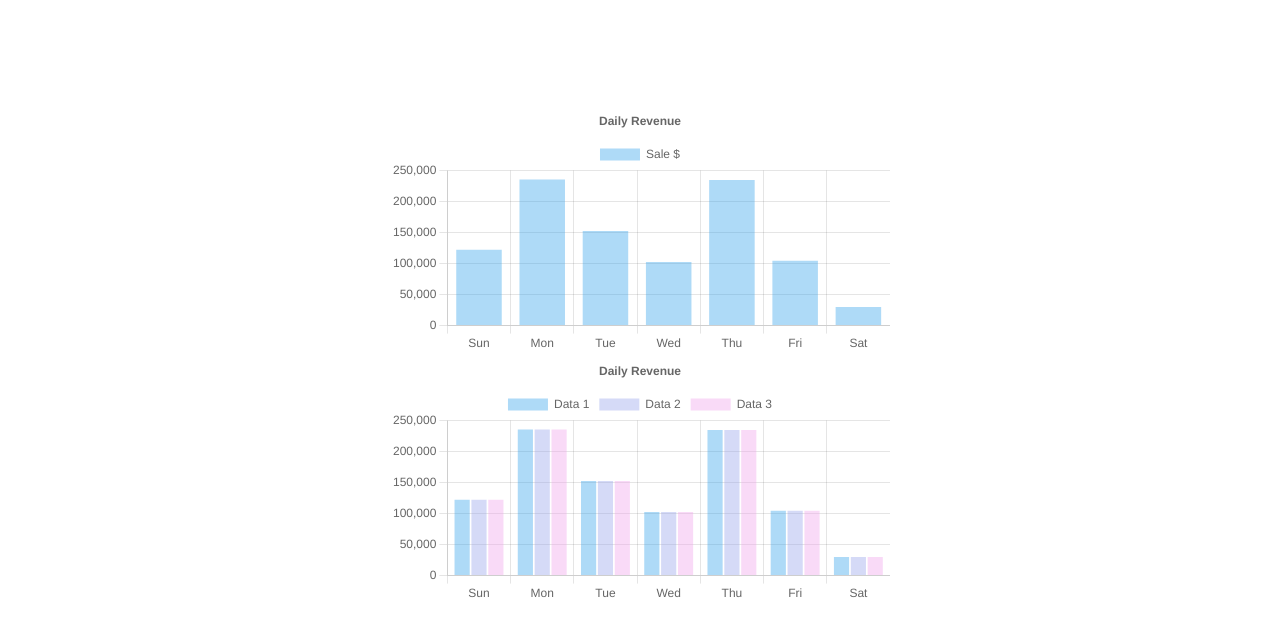
Repository: k8ANStar/exercise-5
Page: /
An editor plug-in stored every save of this project. The page is shown before and after a run of saves, followed by the edit.
The browser window is 1280 px wide. The pictures show the whole page.
The project was rebuilt for these pictures with package versions that can differ from the ones it lists, and the page was loaded fresh each time. The framework's server and built-in components were replaced by stand-ins that run in the browser. Also part of the build but not shown: next.config.mjs.

Above is the page before, as saved 2024-04-15 10:24:08.

After the next 5 saves:
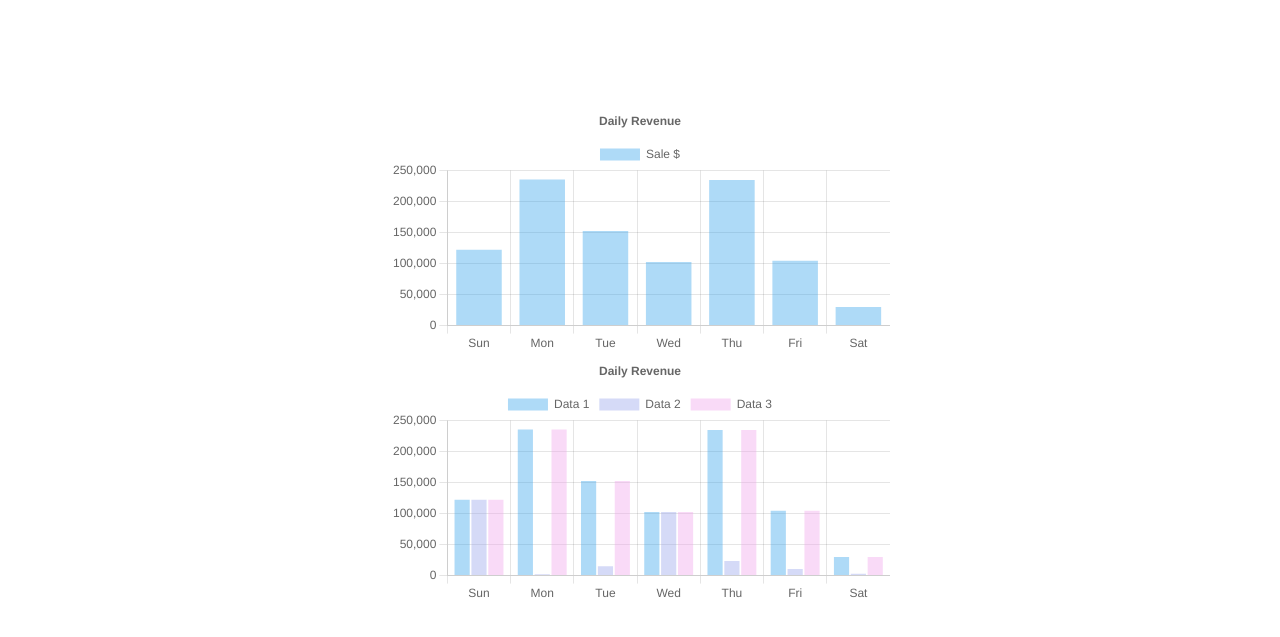
The 5 saves are shown as one change because they came seconds apart.
The last was saved 22 s later.
--- a/components/HorizontalChart/index.js
+++ b/components/HorizontalChart/index.js
@@ -39,7 +39,7 @@ export default function HorizontalChart() {
 				},
 				{
 					label: "Data 2",
-					data: [122340, 235256, 152455, 102430, 234561, 104326, 30000],
+					data: [122340, 2356, 15255, 102430, 23451, 10432, 3000],
 					borderColor: "rgb(150, 162, 235)",
 					backgroundColor: "rgb(150, 162, 235, 0.4)",
 				},
